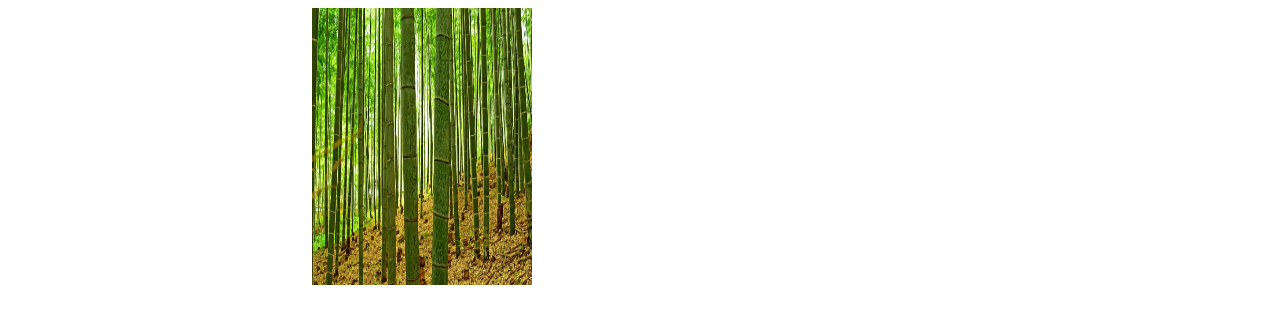
Repository: tanasa-mircea/playground
Page: canvas-filters/index.html
These files come from the project's save history. The page is drawn as it stood at one moment and after the next save; the edit follows.
The browser window is 1280 px wide. The pictures show the whole page.

Above is the page before, as saved 2019-02-08 10:52:50.
Console error (its wording comes from the project's code and is left out).

### canvas-filters/index.html
<!DOCTYPE html>
<html>
<head>
  <meta charset="utf-8">
  <meta http-equiv="X-UA-Compatible" content="IE=edge">
  <title>Page Title</title>
  <meta name="viewport" content="width=device-width, initial-scale=1">
</head>
<body>
  <canvas id="myCanvas"></canvas>
  <img id="image scream" src="bamboo.jpg" alt=""  width="220" height="277" >


  <script src="main.js"></script>
</body>
</html>

### canvas-filters/main.js
var config = {
  canvasWidth: 1200,
  canvasHeight: 600
}

var canvas,
    canvasContext,
    image;

function initCanvas() {
  canvas = document.getElementById("canvas");
  // canvas.height = config.canvasHeight;
  // canvas.width = config.canvasWidth;

  canvasContext = canvas.getContext("2d");
  image = document.getElementById("image");
  debugger
  canvasContext.drawImage(image, config.canvasWidth, config.canvasHeight, 0, 0);
}

// window.onload = function() {
//   initCanvas();
// }

window.onload = function() {
  var c = document.getElementById("myCanvas");
  var ctx = c.getContext("2d");
  var img = document.getElementById("scream");
  ctx.drawImage(img, 10, 10, 150, 180);
}

After the next save:
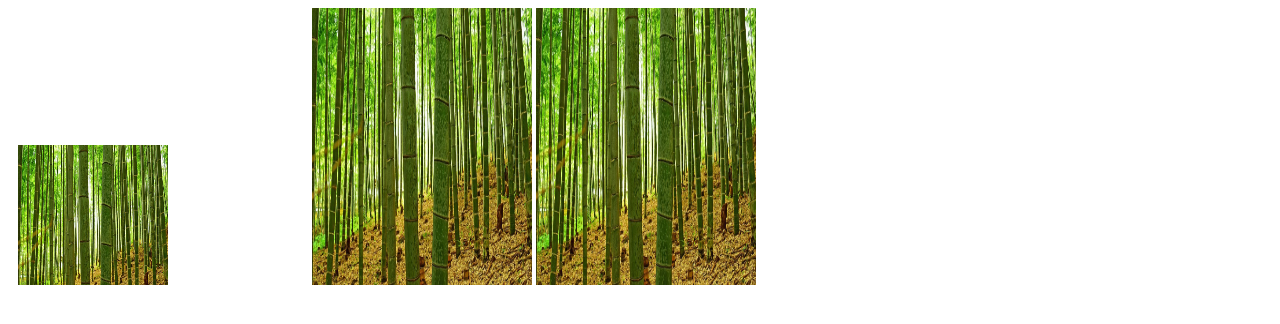
The error is gone.
Saved 8 s later.
--- a/canvas-filters/index.html
+++ b/canvas-filters/index.html
@@ -10,6 +10,7 @@
   <canvas id="myCanvas"></canvas>
   <img id="image scream" src="bamboo.jpg" alt=""  width="220" height="277" >
 
+<img id="scream" width="220" height="277" src="bamboo.jpg" alt="The Scream">
 
   <script src="main.js"></script>
 </body>
